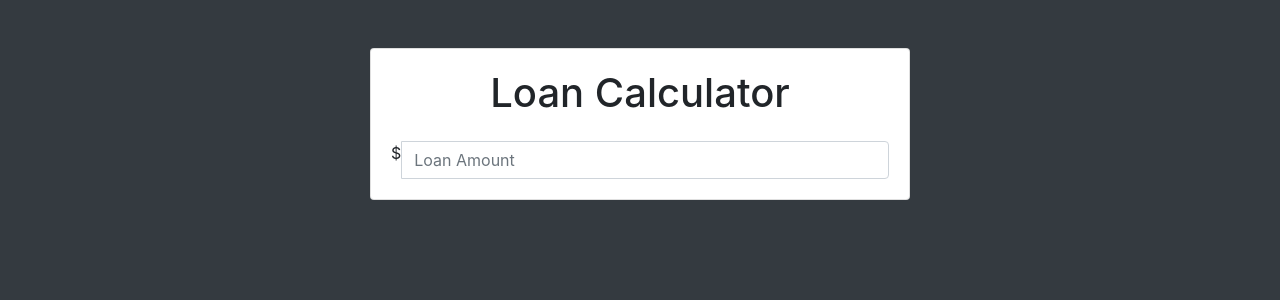
Repository: varun-project/LearningJs
Page: index.html
These files come from the project's save history. The page is drawn as it stood at one moment and after a run of saves; the edit follows.
The browser window is 1280 px wide. The pictures show the whole page.

Above is the page before, as saved 2019-07-28 16:35:22.

### index.html
<!doctype html>
<html lang="en">
  <head>
    <!-- Required meta tags -->
    <meta charset="utf-8">
    <meta name="viewport" content="width=device-width, initial-scale=1, shrink-to-fit=no">

    <!-- Bootstrap CSS -->
    <link rel="stylesheet" href="https://stackpath.bootstrapcdn.com/bootstrap/4.3.1/css/bootstrap.min.css" integrity="sha384-ggOyR0iXCbMQv3Xipma34MD+dH/1fQ784/j6cY/iJTQUOhcWr7x9JvoRxT2MZw1T" crossorigin="anonymous">

    <title>Hello, world!</title>
  </head>
  <body class="bg-dark">
    <div class="container">
        <div class="row">
          <div class="col-md-6 mx-auto">

             <div class="card card-body text-center mt-5">

              <h1 class="heading display-5 pb-3">Loan Calculator</h1>
               <form id="loan-form">
<div class="form_group">
  <div class="input-group">

    <span class="input-group-addon">$</span>
    <input type="number" class="form-control" id="amount" placeholder="Loan Amount">
  </div>
</div>


               </form>

            </div>

           </div>


        </div>

    </div>


    <!-- Optional JavaScript -->
    <!-- jQuery first, then Popper.js, then Bootstrap JS -->
    <script src="https://code.jquery.com/jquery-3.3.1.slim.min.js" integrity="sha384-q8i/X+965DzO0rT7abK41JStQIAqVgRVzpbzo5smXKp4YfRvH+8abtTE1Pi6jizo" crossorigin="anonymous"></script>
    <script src="https://cdnjs.cloudflare.com/ajax/libs/popper.js/1.14.7/umd/popper.min.js" integrity="sha384-UO2eT0CpHqdSJQ6hJty5KVphtPhzWj9WO1clHTMGa3JDZwrnQq4sF86dIHNDz0W1" crossorigin="anonymous"></script>
    <script src="https://stackpath.bootstrapcdn.com/bootstrap/4.3.1/js/bootstrap.min.js" integrity="sha384-JjSmVgyd0p3pXB1rRibZUAYoIIy6OrQ6VrjIEaFf/nJGzIxFDsf4x0xIM+B07jRM" crossorigin="anonymous"></script>
  </body>
</html>

After the next 2 saves:
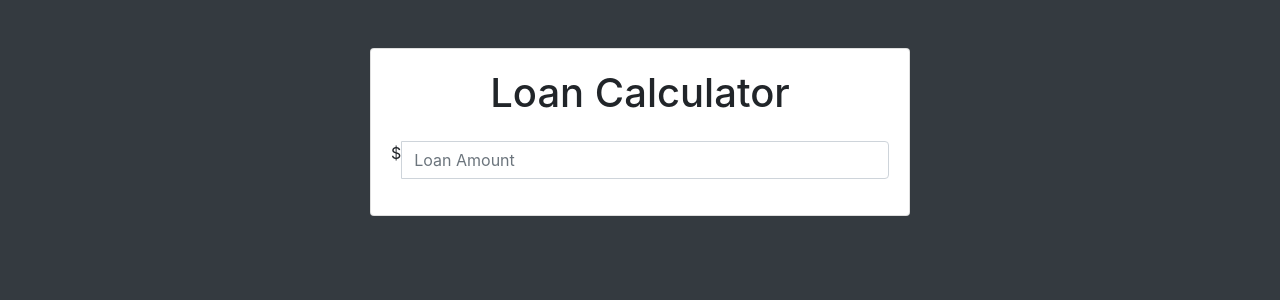
The 2 saves are shown as one change because they came seconds apart.
The last was saved 24 s later.
--- a/index.html
+++ b/index.html
@@ -19,7 +19,7 @@
 
               <h1 class="heading display-5 pb-3">Loan Calculator</h1>
                <form id="loan-form">
-<div class="form_group">
+<div class="form-group">
   <div class="input-group">
 
     <span class="input-group-addon">$</span>
